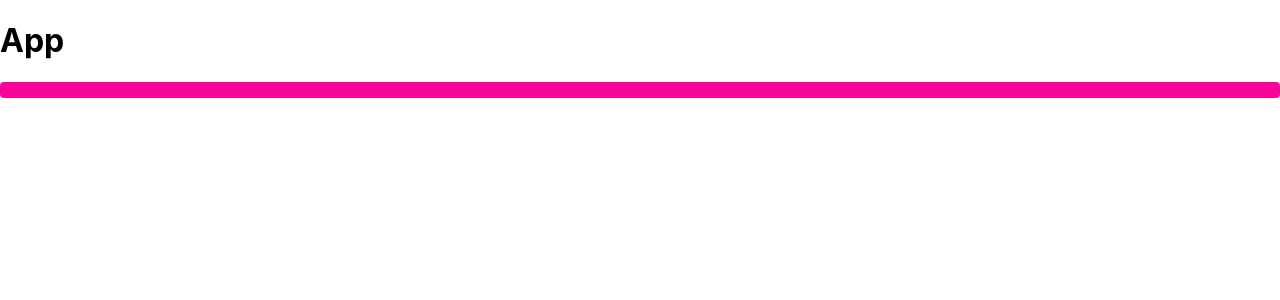
Repository: matehuslucena/styled-component-v5
Page: /
The author's editor kept a copy of each file at every save. The page is drawn from the files as they stood at one save, then again after the next save.
The browser window is 1280 px wide. The pictures show the whole page.
The project was rebuilt for these pictures with package versions that can differ from the ones it lists, and the page was loaded fresh each time.

Above is the page before, as saved 2022-02-08 20:23:30.

### src/index.js
import React from 'react';
import ReactDOM from 'react-dom';
import './index.css';
import App from 'components/App';
import reportWebVitals from './reportWebVitals';

ReactDOM.render(
  <React.StrictMode>
    <App />
  </React.StrictMode>,
  document.getElementById('root')
);

// If you want to start measuring performance in your app, pass a function
// to log results (for example: reportWebVitals(console.log))
// or send to an analytics endpoint. Learn more: https://bit.ly/CRA-vitals
reportWebVitals();

### src/components/App.js
import React from "react";
import Button from "components/common/Button";

function App() {
  return (
    <>
      <h1>App</h1>
      <Button></Button>
    </>
  );
}

export default App;

### src/components/common/Button.js
import styled from 'styled-components';

const Button = styled.button`
  color: white;
  background: #f8049c;
  font-weight: bold;
  padding: 8px;
  border-radius: 4px;
  box-shadow: none;
  font-size: 1em;
  border: none;
  width: 100%;
  display: block;
  white-space: none;

  &:disabled{
    background: #eee;
    color: #666;
  }
`;

export default Button;

Loaded but not shown: public/index.html (common file); src/index.css (common file); src/reportWebVitals.js (common file)

After the next save:
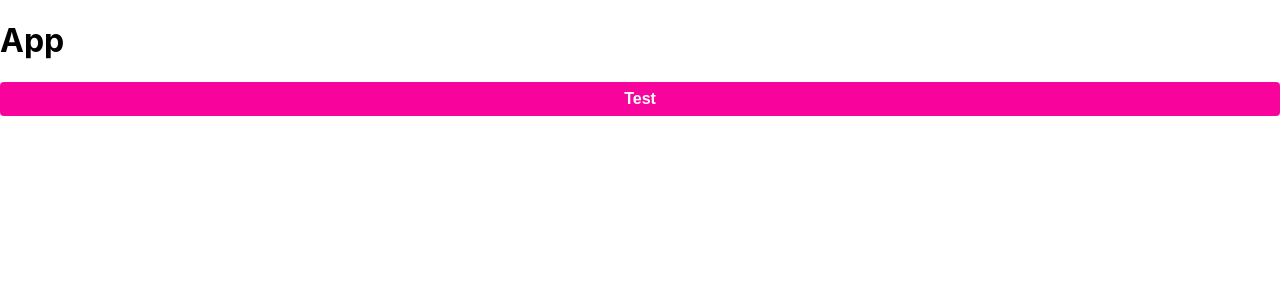
Saved 23 s later.
--- a/src/components/App.js
+++ b/src/components/App.js
@@ -5,7 +5,7 @@ function App() {
   return (
     <>
       <h1>App</h1>
-      <Button></Button>
+      <Button>Test</Button>
     </>
   );
 }
